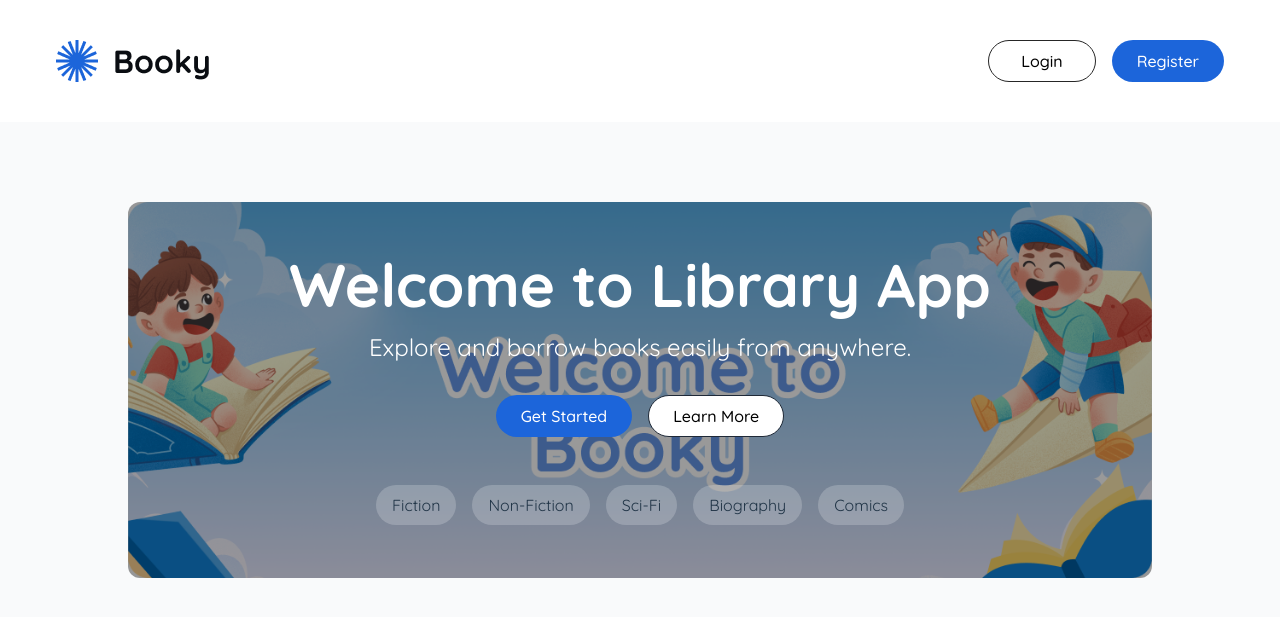
Repository: faridsyafaat/library-app
Page: /
These files come from the project's save history. The page is drawn as it stood at one moment and after a run of saves; the edit follows.
The browser window is 1280 px wide. The pictures show the whole page.
The project was rebuilt for these pictures with package versions that can differ from the ones it lists, and the page was loaded fresh each time. Also part of the build but not shown: vite.config.ts, src/pages/Login.tsx, src/pages/Register.tsx.

Above is the page before, as saved 2025-11-24 17:53:51.

### index.html
<!doctype html>
<html lang="en">
  <head>
    <meta charset="UTF-8" />
    <link rel="icon" type="image/svg+xml" href="/vite.svg" />
    <meta name="viewport" content="width=device-width, initial-scale=1.0" />
    <title>library-app</title>
  </head>
  <body>
    <div id="root"></div>
    <script type="module" src="/src/main.tsx"></script>
  </body>
</html>

### src/index.css
@import url('https://fonts.googleapis.com/css2?family=Quicksand:wght@300;400;500;600;700&display=swap');
@tailwind base;
@tailwind components;
@tailwind utilities;

:root {
  font-family: system-ui, Avenir, Helvetica, Arial, sans-serif;
  line-height: 1.5;
  font-weight: 400;
  font-synthesis: none;
  text-rendering: optimizeLegibility;
  -webkit-font-smoothing: antialiased;
  -moz-osx-font-smoothing: grayscale;
}

a {
  font-weight: 500;
  color: #646cff;
  text-decoration: inherit;
}
a:hover {
  color: #535bf2;
}

body {
  margin: 0;
  min-height: 100vh;
  }

h1 {
  font-size: 3.2em;
  line-height: 1.1;
}

button {
  border-radius: 8px;
  border: 1px solid transparent;
  padding: 0.6em 1.2em;
  font-size: 1em;
  font-weight: 500;
  font-family: inherit;
  background-color: #1a1a1a;
  cursor: pointer;
  transition: border-color 0.25s;
}
button:hover {
  border-color: #646cff;
}
button:focus,
button:focus-visible {
  outline: 4px auto -webkit-focus-ring-color;
}

@media (prefers-color-scheme: light) {
  :root {
    color: #213547;
    background-color: #ffffff;
  }
  a:hover {
    color: #747bff;
  }
  button {
    background-color: #f9f9f9;
  }
}

.container-custom {
  max-width: 1200px;
  margin-left: auto;
  margin-right: auto;
  padding-left: 1rem;
  padding-right: 1rem;
}

@layer base {
  body {
    @apply font-quicksand;
  }
}

### src/App.tsx
import { BrowserRouter as Router, Routes, Route, } from "react-router-dom";
import HomeBefore from "./pages/HomeBefore";
import Login from "./pages/Login";
import Register from "./pages/Register";


function App() {


  return (
    <Router>
      <Routes>
        <Route path="/" element={<HomeBefore />} />
        <Route path="/login" element={<Login />} />
        <Route path="/register" element={<Register />} />

      </Routes>
    </Router>
  );
}

export default App;

### src/pages/HomeBefore.tsx
import NavbarBefore from "@/components/layout/NavbarBefore";
import HeroSection from "@/components/sections/HeroSection";

export default function HomeBefore() {
  return (
    <div>
      <NavbarBefore />
      <HeroSection />

    </div>
  );
}

### src/components/layout/NavbarBefore.tsx
import Button from "@/components/ui/Button";
import { useNavigate } from "react-router-dom";

export default function NavbarBefore() {
  const navigate = useNavigate();

  return (
    <nav className="sticky top-0 z-50 bg-white">
      <div className="container mx-auto flex justify-between items-center py-10 px-4">
        {/* Logo */}
        <div className="flex items-left gap-2">
          <img src="/icon/booky.png" alt="Booky Logo" className="w-[155px] h-[42px]" />
        </div>

        {/* Buttons */}
        <div className="flex gap-4">
          <Button
            variant="outline"
            className="bg-white text-black border border-neutral-800 px-8 py-2"
            onClick={() => navigate("/login")}
          >
            Login
          </Button>
          <Button
            variant="default"
            className="px-10 py-2"
            onClick={() => navigate("/register")}
          >
            Register
          </Button>
        </div> {/* Tutup div buttons */}
      </div> {/* Tutup div container */}
    </nav>
  );
}

### src/components/sections/HeroSection.tsx
import Button from "@/components/ui/Button";

const bookCategories = ["Fiction", "Non-Fiction", "Sci-Fi", "Biography", "Comics"];

export default function HeroSection() {
  return (
    <section className="py-20 bg-gray-50">
      <div className="container mx-auto flex flex-col items-center text-center relative">
        {/* Hero Image + Overlay + Content */}
        <div className="relative w-full max-w-5xl">
          {/* Gambar */}
          <img
            src="/image/herosection.png"
            alt="Hero Background"
            className="w-full h-auto rounded-xl"
          />
          {/* Overlay */}
          <div className="absolute inset-0 bg-black/40 rounded-xl"></div>
          {/* Konten di atas gambar */}
          <div className="absolute inset-0 flex flex-col justify-center items-center px-6">
            <h1 className="text-4xl md:text-6xl font-bold mb-4 text-white">
              Welcome to Library App
            </h1>
            <p className="text-lg md:text-2xl mb-8 text-white">
              Explore and borrow books easily from anywhere.
            </p>
            <div className="flex gap-4 mb-12">
              <Button variant="default">Get Started</Button>
              <Button variant="outline">Learn More</Button>
            </div>
            {/* List Jenis Buku */}
            <div className="flex flex-wrap justify-center gap-4">
              {bookCategories.map((category) => (
                <span
                  key={category}
                  className="bg-white/20 px-4 py-2 rounded-full cursor-pointer hover:bg-white/40 transition"
                >
                  {category}
                </span>
              ))}
            </div>
          </div>
        </div>
      </div>
    </section>
  );
}

### src/components/ui/Button.tsx
import React from "react";
import clsx from "clsx";

interface ButtonProps extends React.ButtonHTMLAttributes<HTMLButtonElement> {
  variant?: "default" | "outline" | "short";
  size?: "sm" | "md" | "lg";
}

const Button: React.FC<ButtonProps> = ({
  variant = "default",
  className,
  children,
  ...props
}) => {
  const baseStyle = "inline-flex items-center justify-center font-medium focus:outline-none rounded-full disabled:opacity-50 disabled:pointer-events-none";

  const variants: Record<string, string> = {
    default: "bg-[#1C65DA] text-white px-6 py-2 hover:bg-blue-600",
    outline: "border border-gray-800 text-black bg-white px-6 py-2 hover:bg-gray-100",
    short: "px-4 py-2 rounded-md text-sm",
  };

  return (
    <button className={clsx(baseStyle, variants[variant], className)} {...props}>
      {children}
    </button>
  );
};

export default Button;

### tailwind.config.js
/** @type {import('tailwindcss').Config} */
module.exports = {
  content: [
    "./index.html",
    "./src/**/*.{js,ts,jsx,tsx}",
  ],
  theme: {
    extend: {
      fontFamily: {
        quicksand: ["Quicksand", "sans-serif"],
      },
    },
    container: {
      center: true,
      padding: '1rem',
      screens: {
        sm: "640px",
        md: "768px",
        lg: "1200px", // container lg = 1200px
        xl: "1200px",
        "2xl": "1200px"
      }
    }
  },
  plugins: [],
};

Loaded but not shown: src/main.tsx (common file)

After the next 2 saves:
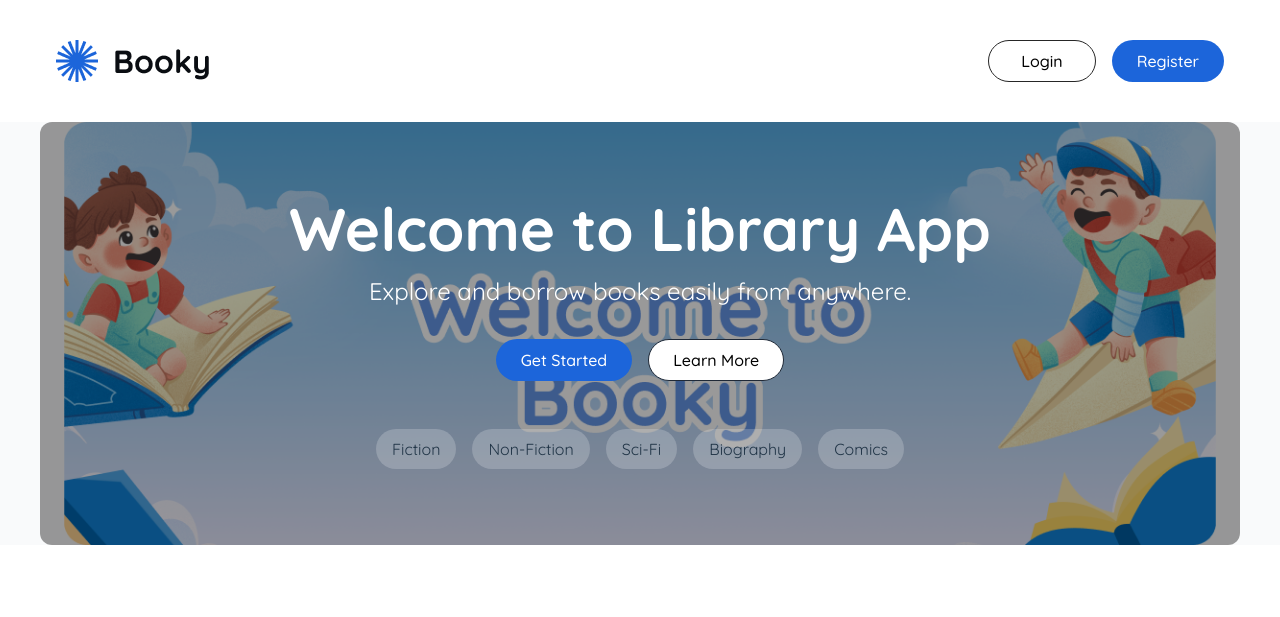
The 2 saves are shown as one change because 1 did not build or start.
The last was saved 5 min 32 s later.
--- a/src/components/sections/HeroSection.tsx
+++ b/src/components/sections/HeroSection.tsx
@@ -4,44 +4,42 @@
 
 export default function HeroSection() {
   return (
-    <section className="py-20 bg-gray-50">
-      <div className="container mx-auto flex flex-col items-center text-center relative">
-        {/* Hero Image + Overlay + Content */}
-        <div className="relative w-full max-w-5xl">
-          {/* Gambar */}
-          <img
-            src="/image/herosection.png"
-            alt="Hero Background"
-            className="w-full h-auto rounded-xl"
-          />
-          {/* Overlay */}
-          <div className="absolute inset-0 bg-black/40 rounded-xl"></div>
-          {/* Konten di atas gambar */}
-          <div className="absolute inset-0 flex flex-col justify-center items-center px-6">
-            <h1 className="text-4xl md:text-6xl font-bold mb-4 text-white">
-              Welcome to Library App
-            </h1>
-            <p className="text-lg md:text-2xl mb-8 text-white">
-              Explore and borrow books easily from anywhere.
-            </p>
-            <div className="flex gap-4 mb-12">
-              <Button variant="default">Get Started</Button>
-              <Button variant="outline">Learn More</Button>
-            </div>
-            {/* List Jenis Buku */}
-            <div className="flex flex-wrap justify-center gap-4">
-              {bookCategories.map((category) => (
-                <span
-                  key={category}
-                  className="bg-white/20 px-4 py-2 rounded-full cursor-pointer hover:bg-white/40 transition"
-                >
-                  {category}
-                </span>
-              ))}
-            </div>
-          </div>
-        </div>
+   <section className="relative bg-gray-50">
+  <div className="container mx-auto px-6 relative flex flex-col items-center text-center">
+    {/* Hero Image */}
+    <img
+      src="/image/herosection.png"
+      alt="Hero Background"
+      className="w-full h-auto rounded-xl"
+    />
+    {/* Overlay */}
+    <div className="absolute inset-0 bg-black/40 rounded-xl"></div>
+
+    {/* Konten */}
+    <div className="absolute inset-0 flex flex-col justify-center items-center">
+      <h1 className="text-4xl md:text-6xl font-bold mb-4 text-white">
+        Welcome to Library App
+      </h1>
+      <p className="text-lg md:text-2xl mb-8 text-white">
+        Explore and borrow books easily from anywhere.
+      </p>
+      <div className="flex gap-4 mb-12">
+        <Button variant="default">Get Started</Button>
+        <Button variant="outline">Learn More</Button>
       </div>
-    </section>
+      <div className="flex flex-wrap justify-center gap-4">
+        {bookCategories.map((category) => (
+          <span
+            key={category}
+            className="bg-white/20 px-4 py-2 rounded-full cursor-pointer hover:bg-white/40 transition"
+          >
+            {category}
+          </span>
+        ))}
+      </div>
+    </div>
+  </div>
+</section>
+
   );
 }
